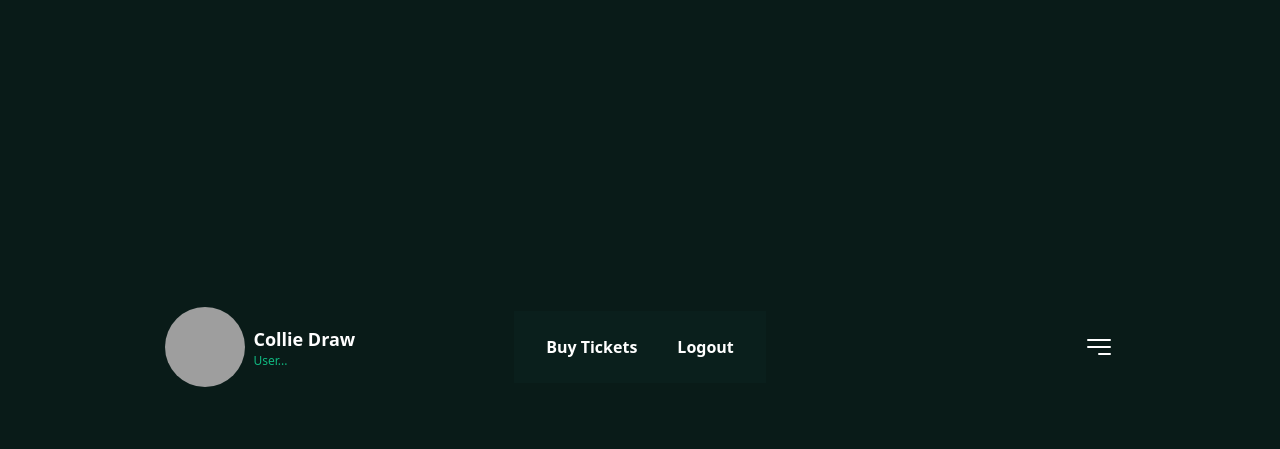
Repository: dcolind/BlockChain-Lotto
Page: /
The author's editor kept a copy of each file at every save. The page is drawn from the files as they stood at one save, then again after a run of saves.
The browser window is 1280 px wide. The pictures show the whole page.
Pictures or frames that could not be fetched are drawn as grey boxes. The project was rebuilt for these pictures with package versions that can differ from the ones it lists, and the page was loaded fresh each time. The framework's server and built-in components were replaced by stand-ins that run in the browser. Also part of the build but not shown: next.config.js.

Above is the page before, as saved 2022-08-30 11:53:47.

After the next 2 saves:
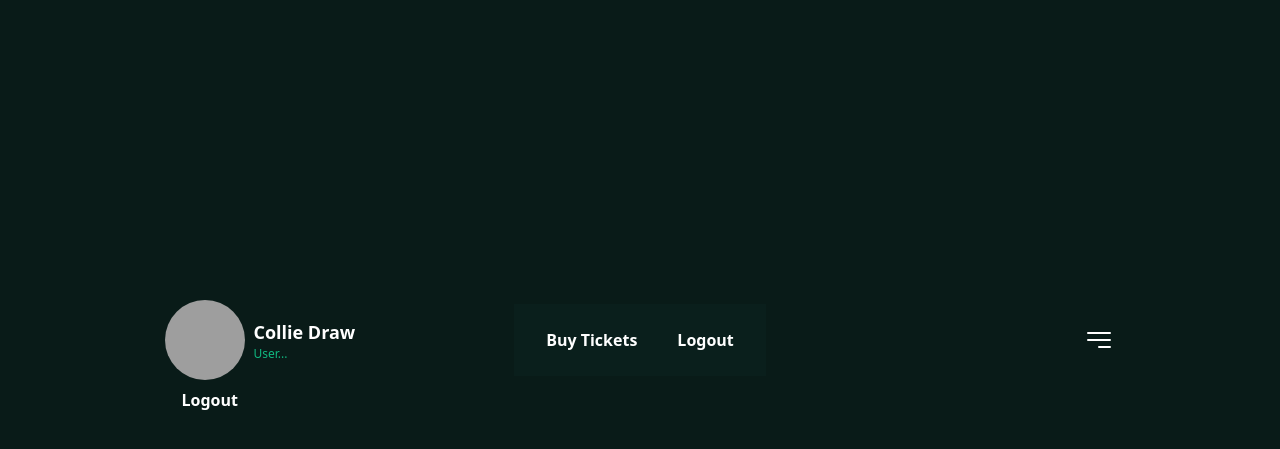
The 2 saves are shown as one change because they came seconds apart.
The last was saved 7 s later.
--- a/components/Header.tsx
+++ b/components/Header.tsx
@@ -29,7 +29,7 @@ function Header() {
 
         </div>
         <span>
-            <NavButton title />
+            <NavButton title="Logout" />
         </span>
     </header>
   );
